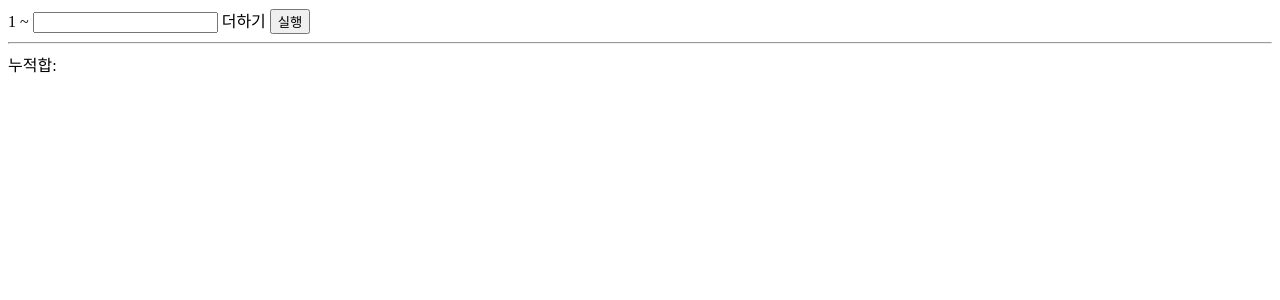
Repository: Jin0207/javaScript
Page: http://localhost/day1230/NewFile.jsp
An editor plug-in stored every save of this project. The page is shown before and after the next save, followed by the edit.
The browser window is 1280 px wide. The pictures show the whole page.
The page is served by Tomcat 9.

Above is the page before, as saved 2021-12-30 08:38:25.

After the next save:
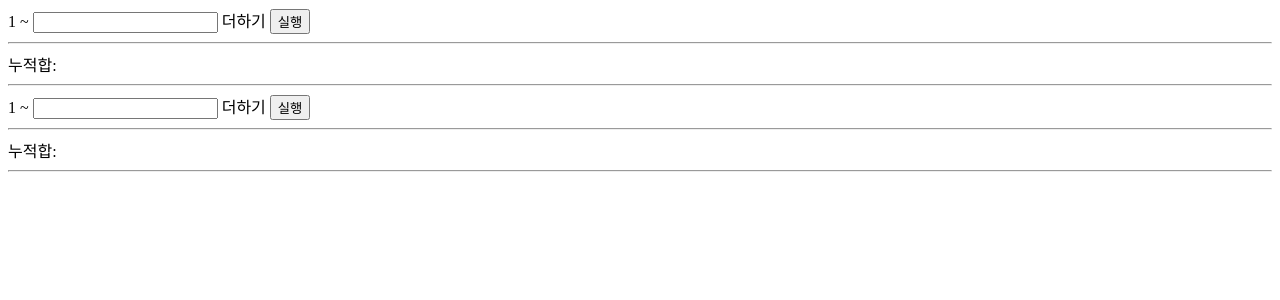
Saved 27 s later.
--- a/day1230/src/main/webapp/NewFile.jsp
+++ b/day1230/src/main/webapp/NewFile.jsp
@@ -23,5 +23,11 @@
 	<button onclick="cumulated()">실행</button>
 	<hr>
 	누적합: <span id="re"></span>
+	<hr>
+	1 ~ <input type="text" id="num"> 더하기
+	<button id="btnOK">실행</button>
+	<hr>
+	누적합: <span id="re"></span>
+	<hr>
 </body>
 </html>
